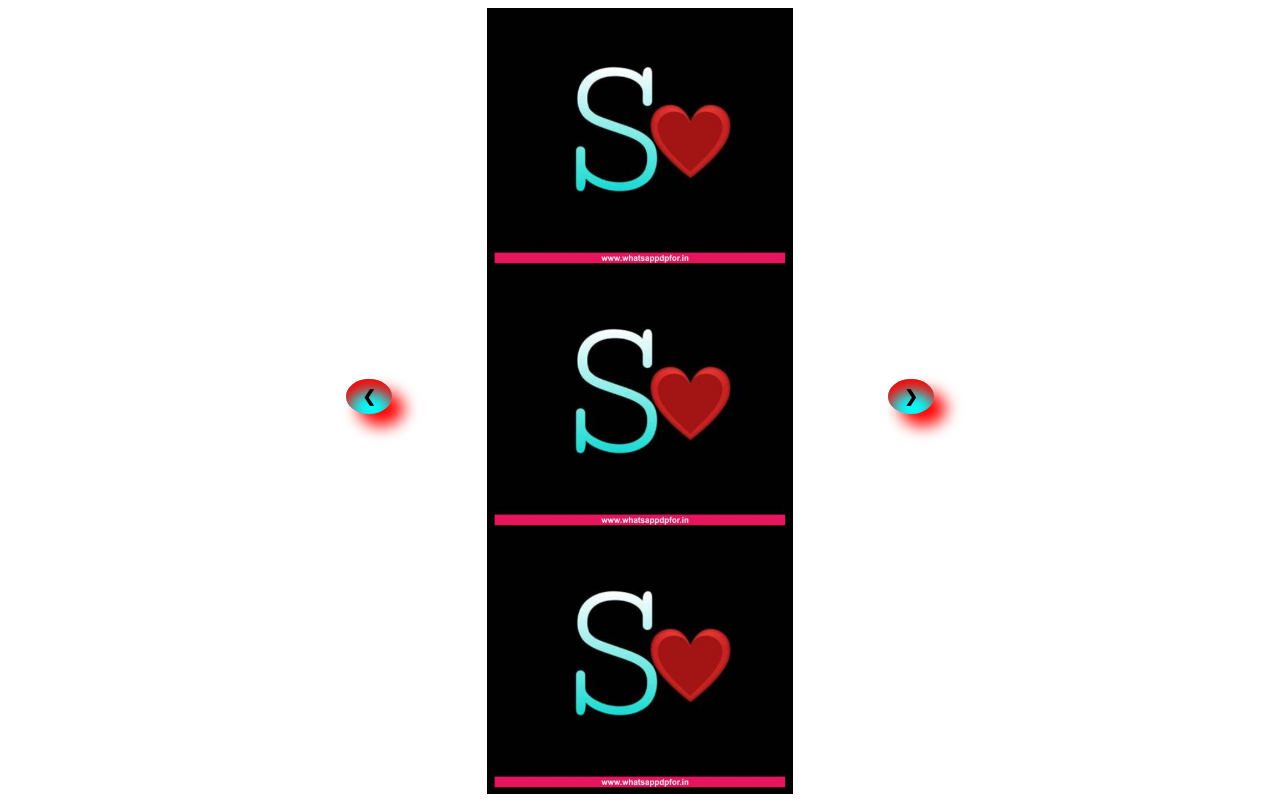
Repository: SAYYODTURINALIYEV/sassasa
Page: slider.html
An editor plug-in stored every save of this project. The page is shown before and after the next save, followed by the edit.
The browser window is 1280 px wide. The pictures show the whole page.

Above is the page before, as saved 2022-05-19 16:33:57.

After the next save:
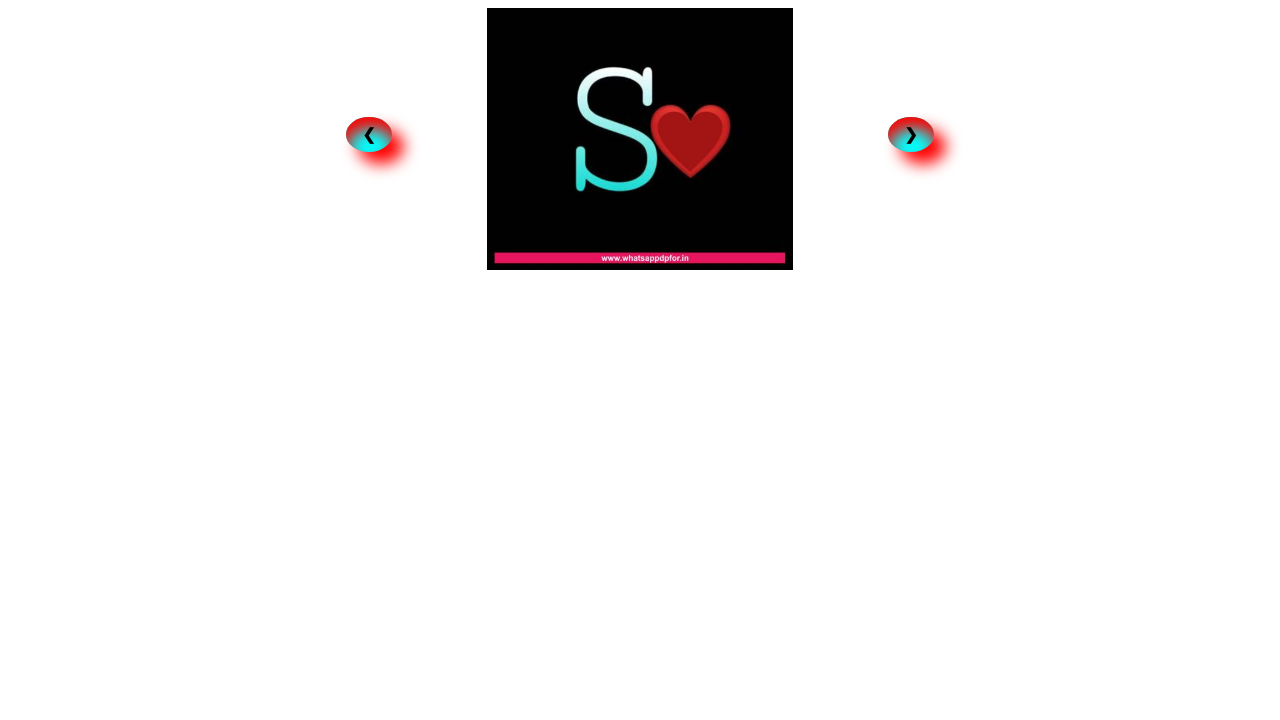
Saved 6 s later.
--- a/slider.html
+++ b/slider.html
@@ -14,8 +14,7 @@
     <div class="rasmlar" style="flex-direction:row;">
         <div class="rasmlar_uz">
             <img src="images/s1.jpg">
-            <img src="images/s1.jpg">
-            <img src="images/s1.jpg">
+
         </div>
         <div class="rasmlar_uz">
             <img src="images/s1.jpg">
